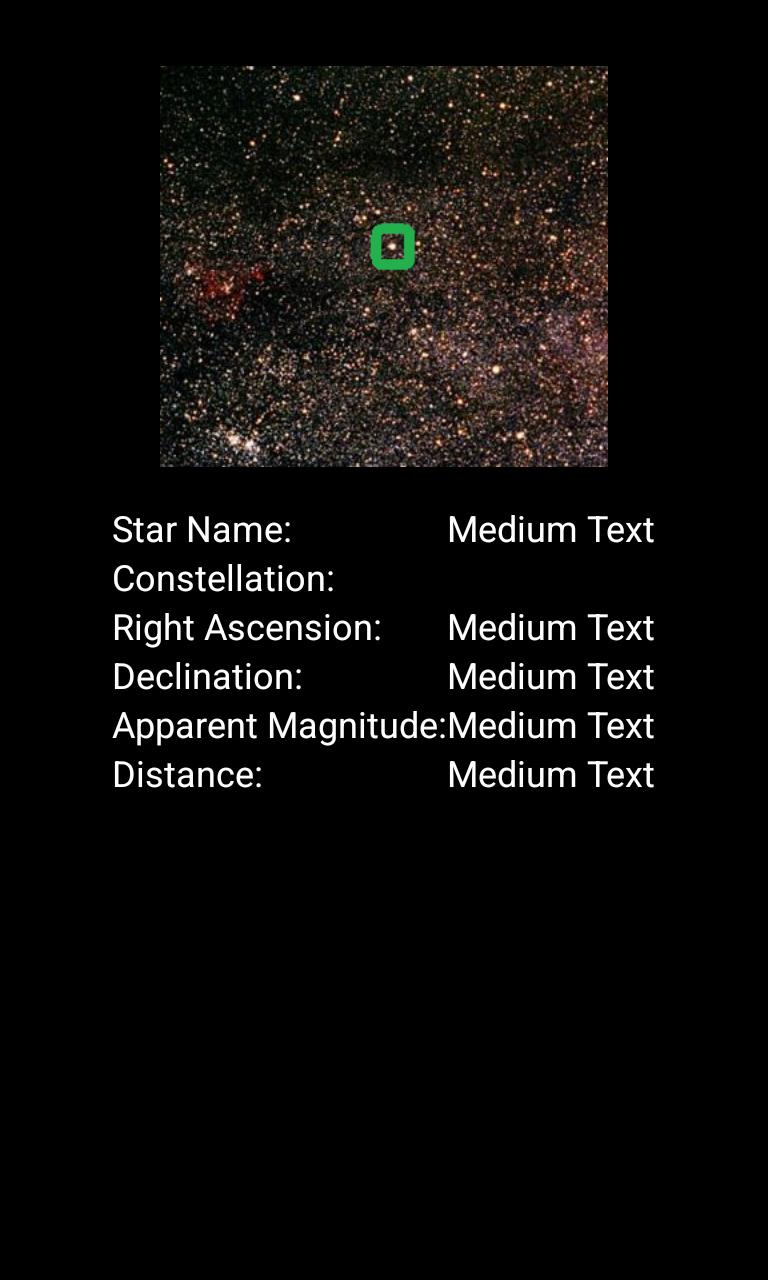
Repository: MoffMade/CSCE315-Android-App
Layout: Constellation Explorer Eclipse Project/Constellation Explorer/res/layout/activity_star_data.xml
These files come from the project's save history. The layout is drawn as it stood at one moment and after the next save; the edit follows.
It is drawn on a 768 x 1280 px phone screen (xhdpi) without system bars, with theme AppTheme; the app's code is not run.

Above is the layout before, as saved 2013-11-12 03:43:05.

After the next save:
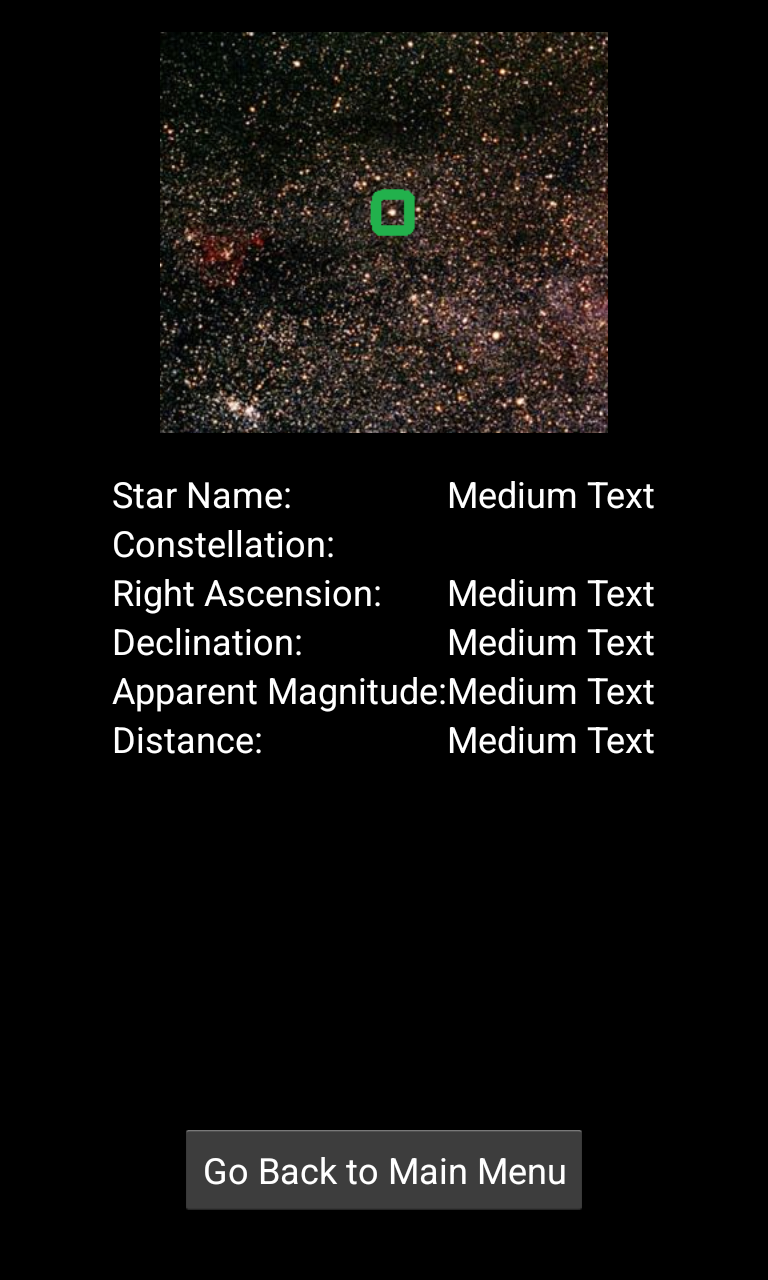
Saved 2 min 35 s later.
--- a/Constellation Explorer Eclipse Project/Constellation Explorer/res/layout/activity_star_data.xml
+++ b/Constellation Explorer Eclipse Project/Constellation Explorer/res/layout/activity_star_data.xml
@@ -163,7 +163,16 @@
         android:layout_height="wrap_content"
         android:layout_alignParentTop="true"
         android:layout_centerHorizontal="true"
-        android:layout_marginTop="17dp"
         android:src="@drawable/segin_star" />
 
+    <Button
+        android:id="@+id/button1"
+        android:layout_width="wrap_content"
+        android:layout_height="wrap_content"
+        android:layout_alignParentBottom="true"
+        android:layout_centerHorizontal="true"
+        android:layout_marginBottom="15dp"
+        android:text="@string/load_game_back"
+        android:textColor="@color/main_menu_text_color" />
+
 </RelativeLayout>
